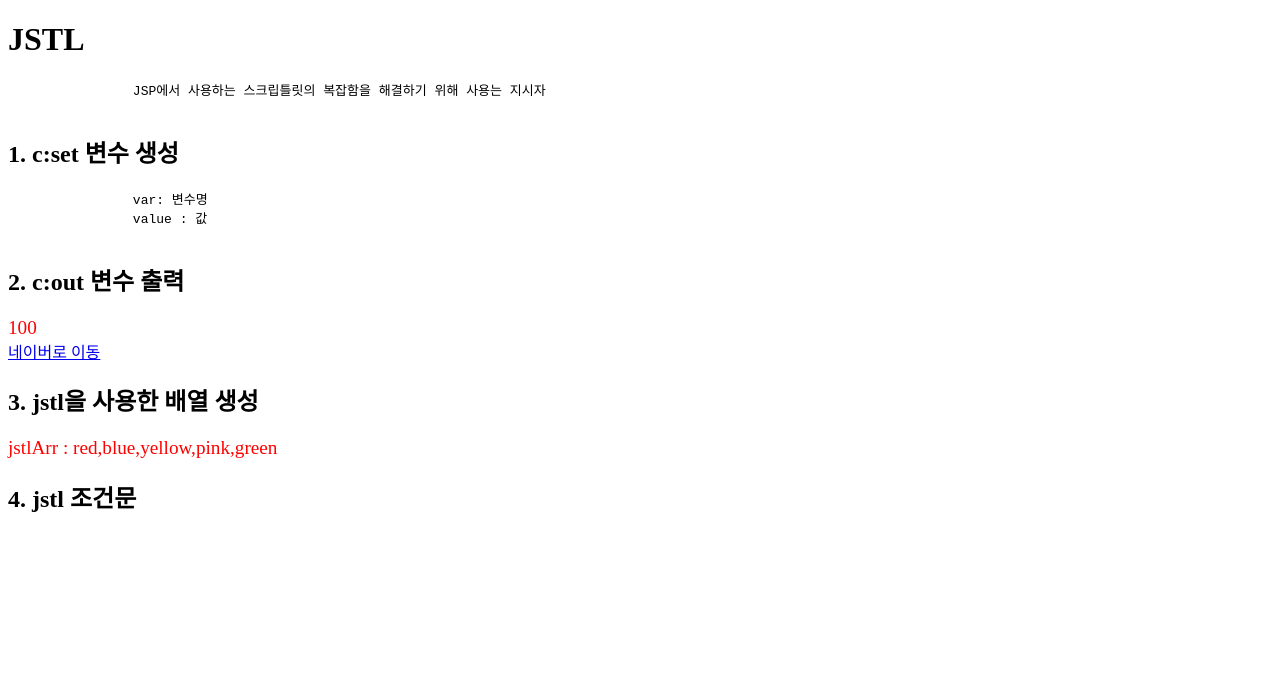
Repository: vaynel/StudyFile
Page: http://localhost/spring04_jsp/jstl
The author's editor kept a copy of each file at every save. The page is drawn from the files as they stood at one save, then again after the next save.
The browser window is 1280 px wide. The pictures show the whole page.
The page is served by Tomcat 9. Other server files are loaded and not shown.

Above is the page before, as saved 2023-01-20 02:09:23.

### H_spring/spring04_jsp/WebContent/WEB-INF/views/el-jstl/jstl.jsp
<%@ page language="java" contentType="text/html; charset=UTF-8"
    pageEncoding="UTF-8"%>
<%@ taglib prefix="c" uri="http://java.sun.com/jsp/jstl/core" %>
<!DOCTYPE html>
<html>
<head>
<meta charset="UTF-8">
<title>Insert title here</title>
<style type="text/css">
	span{
		display: block;
		font-size:1.5vw;
		color:red;
	}
</style>
</head>
<body>
<h1>JSTL</h1>
	<pre>
		JSP에서 사용하는 스크립틀릿의 복잡함을 해결하기 위해 사용는 지시자
	</pre>
	<h2>1. c:set 변수 생성</h2>
	<pre>
		var: 변수명
		value : 값
	</pre>
	<c:set var="num1" value="100"></c:set>
	<c:set var="html" value="<a href='https://www.naver.com'>네이버로 이동 </a>"></c:set>

	<h2>2. c:out 변수 출력</h2>
	<span><c:out value="${num1}"></c:out></span>
	${html}

	<h2>3. jstl을 사용한 배열 생성</h2>
	<c:set var="jstlArr">
		red,blue,yellow,pink,green
	</c:set>
	<span>jstlArr : <c:out value="${jstlArr}"></c:out></span>

	<h2>4. jstl 조건문</h2>









</body>
</html>

### H_spring/spring04_jsp/ src/com/mc/jsp/C_JSTL.java
package com.mc.jsp;

import java.io.IOException;
import javax.servlet.ServletException;
import javax.servlet.annotation.WebServlet;
import javax.servlet.http.HttpServlet;
import javax.servlet.http.HttpServletRequest;
import javax.servlet.http.HttpServletResponse;

/**
 * Servlet implementation class C_JSTL
 */
@WebServlet("/jstl")
public class C_JSTL extends HttpServlet {
	private static final long serialVersionUID = 1L;

    /**
     * @see HttpServlet#HttpServlet()
     */
    public C_JSTL() {
        super();
        // TODO Auto-generated constructor stub
    }

	/**
	 * @see HttpServlet#doGet(HttpServletRequest request, HttpServletResponse response)
	 */
	protected void doGet(HttpServletRequest request, HttpServletResponse response) throws ServletException, IOException {
		// TODO Auto-generated method stub
		request.getRequestDispatcher("/WEB-INF/views/el-jstl/jstl.jsp").forward(request, response);
	}

	/**
	 * @see HttpServlet#doPost(HttpServletRequest request, HttpServletResponse response)
	 */
	protected void doPost(HttpServletRequest request, HttpServletResponse response) throws ServletException, IOException {
		// TODO Auto-generated method stub
		doGet(request, response);
	}

}

After the next save:
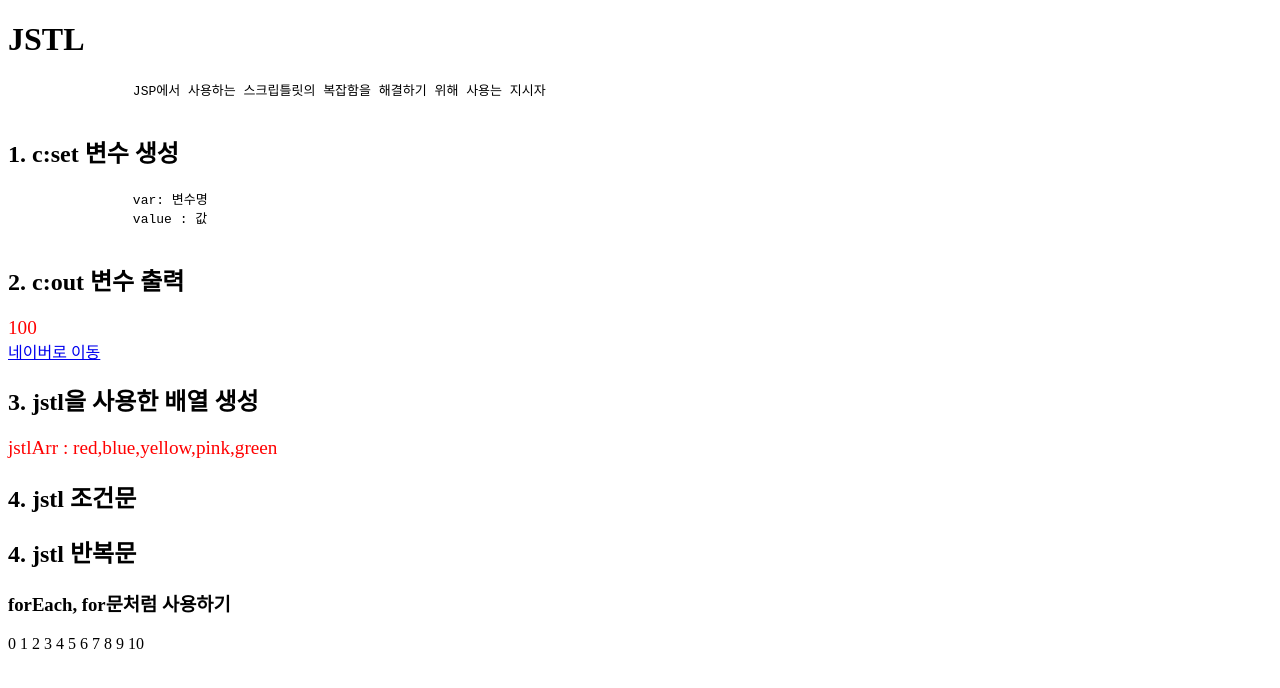
Saved 8 min 34 s later.
--- a/H_spring/spring04_jsp/WebContent/WEB-INF/views/el-jstl/jstl.jsp
+++ b/H_spring/spring04_jsp/WebContent/WEB-INF/views/el-jstl/jstl.jsp
@@ -39,8 +39,11 @@
 
 	<h2>4. jstl 조건문</h2>
 
-
-
+	<h2>4. jstl 반복문</h2>
+	<h3>forEach, for문처럼 사용하기</h3>
+	<c:forEach var="i" begin="0" end ="10" step="1">
+		${i}
+	</c:forEach>
 
 
 
